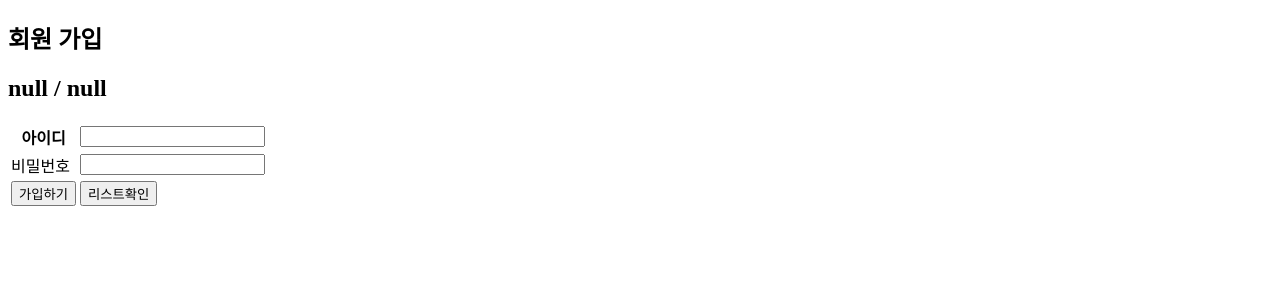
Repository: back-seung/academy
Page: http://localhost/SpringDay01/memberInputForm
The author's editor kept a copy of each file at every save. The page is drawn from the files as they stood at one save, then again after the next save.
The browser window is 1280 px wide. The pictures show the whole page.
The page is served by Tomcat 9. Other server files are loaded and not shown.

Above is the page before, as saved 2021-11-22 08:26:10.

### SpringDay01/src/main/webapp/WEB-INF/views/memberInput.jsp
<%@ page language="java" contentType="text/html; charset=UTF-8"
    pageEncoding="UTF-8"%>
<!DOCTYPE html>
<html>
  <head>
    <meta charset="UTF-8" />
    <title>Insert title here</title>
  </head>
  <body>
    <form action="memberInputForm" method="GET">
      <h2>회원 가입</h2>
      <h2 id="print">${print}</h2>
      <table>
        <tr>
          <th>아이디</th>
          <th><input id="id" type="text" name="id" /></th>
        </tr>
        <tr>
          <td>비밀번호</td>
          <td><input id="pw" type="password" name="pw" /></td>
        </tr>
        <tr>
          <td><input type="submit" value="가입하기"/></td>
          <td><input type="button" value="리스트확인" onclick="memberList.jsp"/></td>
        </tr>
      </table>
    </form>
    <script>
    </script>
  </body>
</html>

After the next save:
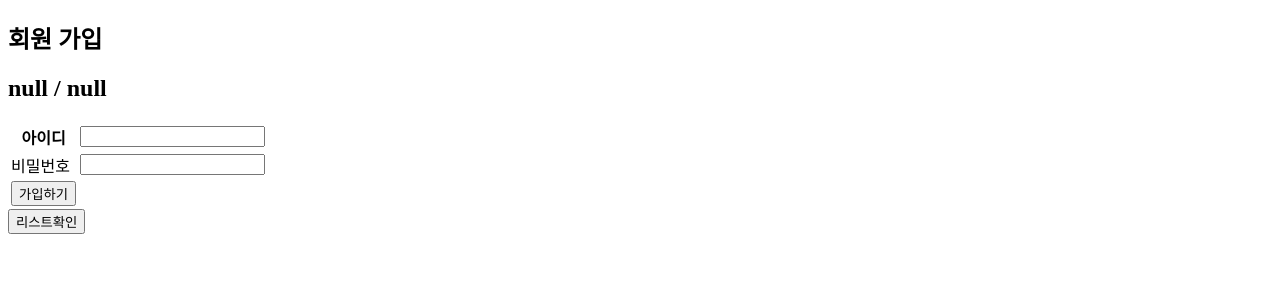
Saved 3 min 6 s later.
--- a/SpringDay01/src/main/webapp/WEB-INF/views/memberInput.jsp
+++ b/SpringDay01/src/main/webapp/WEB-INF/views/memberInput.jsp
@@ -21,9 +21,11 @@
         </tr>
         <tr>
           <td><input type="submit" value="가입하기"/></td>
-          <td><input type="button" value="리스트확인" onclick="memberList.jsp"/></td>
         </tr>
       </table>
+    </form>
+    <form action="memberList.jsp" method="GET">
+    <input type="button" value="리스트확인" onclick="memberList.jsp"/>
     </form>
     <script>
     </script>
